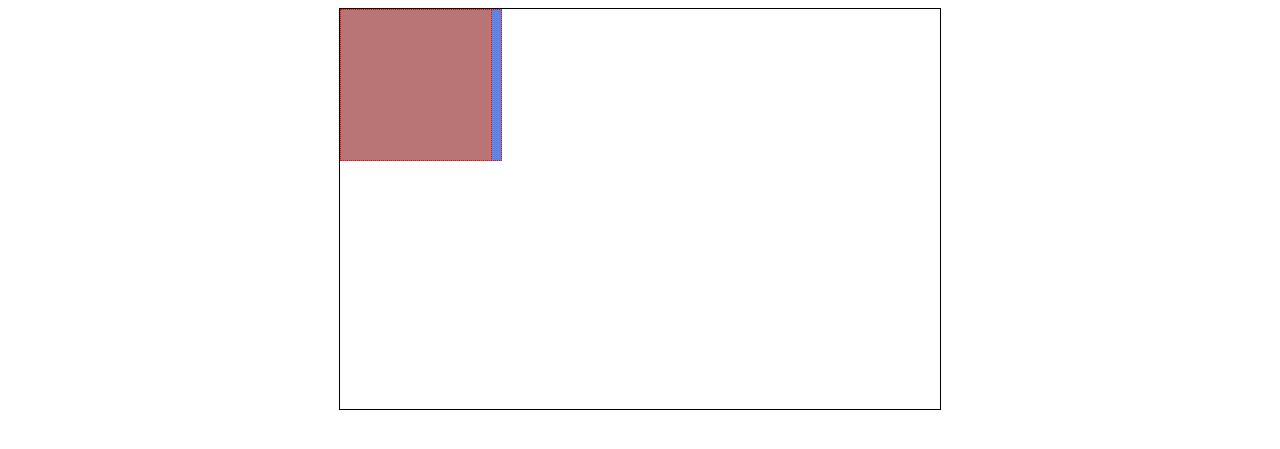
Repository: LstHeart/html-learning
Page: css/static和relative定位.html
An editor plug-in stored every save of this project. The page is shown before and after the next save, followed by the edit.
The browser window is 1280 px wide. The pictures show the whole page.

Above is the page before, as saved 2021-01-06 20:49:26.

After the next save:
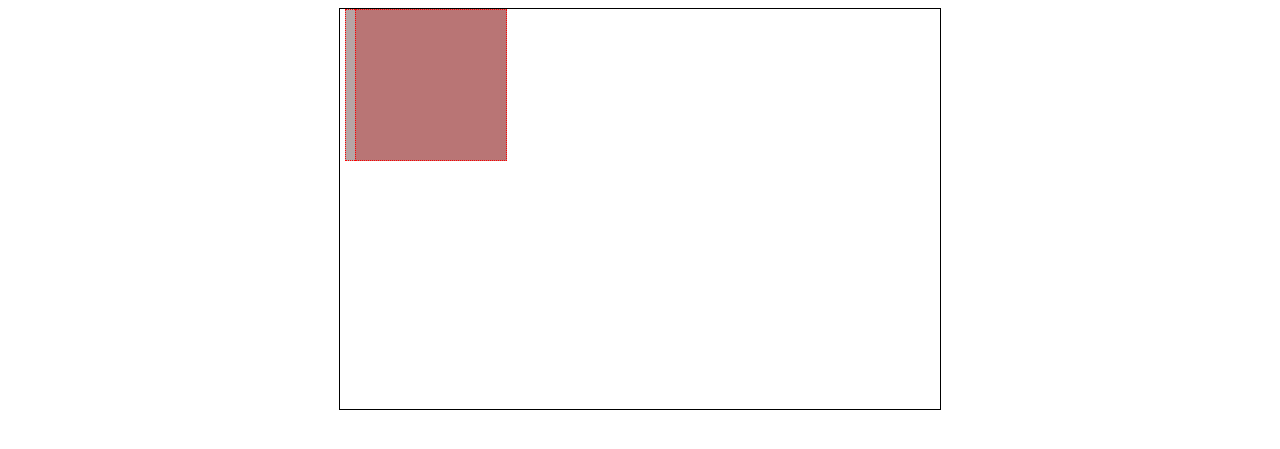
Saved 35 s later.
--- a/css/static和realtive.css
+++ b/css/static和realtive.css
@@ -21,7 +21,8 @@
 } */
 .box1{
     background-color: rgb(182, 166, 166);
-    z-index: -1;
+    left: 5px;
+    /* z-index: -1; */
 }
 .box2{
     /* position: relative; */
@@ -33,6 +34,7 @@
     z-index: -1;
 }
 .box3{
+    left: 15px;
     background-color: rgb(185, 117, 117);
-    z-index: -1;
+    /* z-index: -1; */
 }
